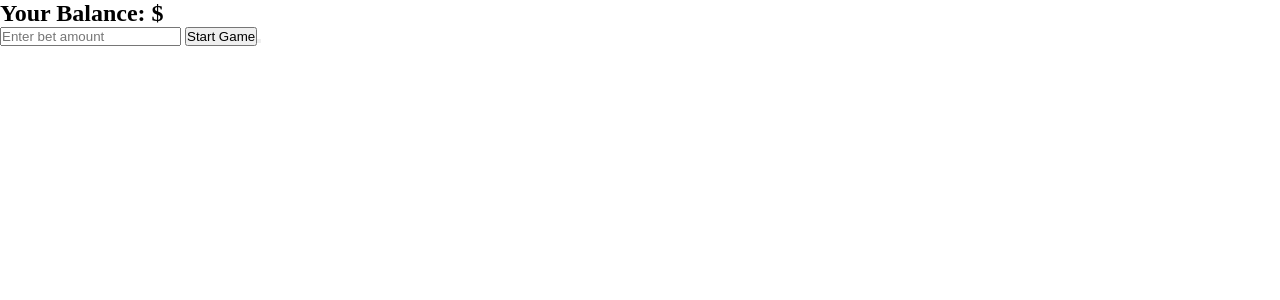
Repository: raghhavv03/javascript-practice
Page: task-5/bet.html
The author's editor kept a copy of each file at every save. The page is drawn from the files as they stood at one save, then again after the next save.
The browser window is 1280 px wide. The pictures show the whole page.

Above is the page before, as saved 2026-02-09 00:28:18.
Console error: TypeError: Cannot read properties of null (reading 'addEventListener')

After the next save:
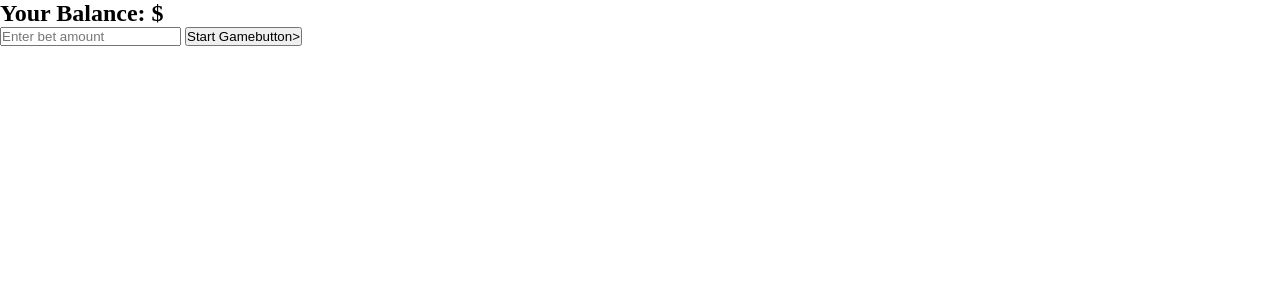
Saved 8 s later.
--- a/task-5/bet.html
+++ b/task-5/bet.html
@@ -9,6 +9,6 @@
         <h2>Your Balance: $<span id="balance"></span></h2>
 
         <input type="number" id="bet-input" placeholder="Enter bet amount">
-        <button id="start-game-btn">Start Game<button>
+        <button id="start-game-btn">Start Game</body>button>
     </body>
 </html>

After the save that followed:
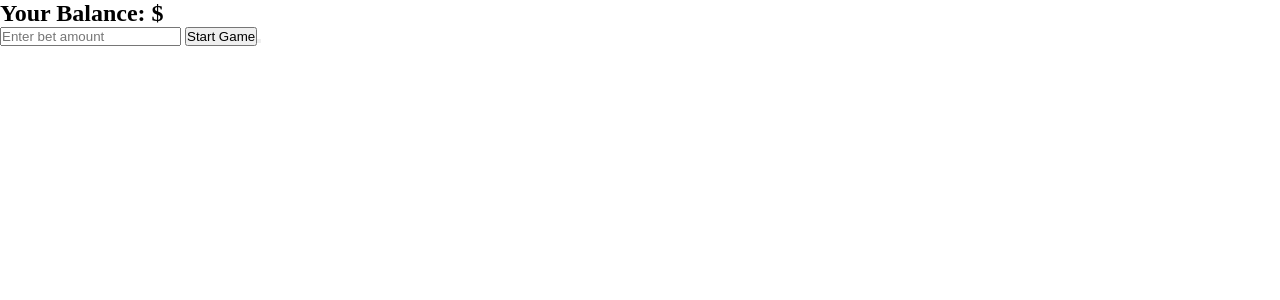
Saved 8 s later.
--- a/task-5/bet.html
+++ b/task-5/bet.html
@@ -9,6 +9,6 @@
         <h2>Your Balance: $<span id="balance"></span></h2>
 
         <input type="number" id="bet-input" placeholder="Enter bet amount">
-        <button id="start-game-btn">Start Game</body>button>
+        <button id="start-game-btn">Start Game<button>
     </body>
 </html>
